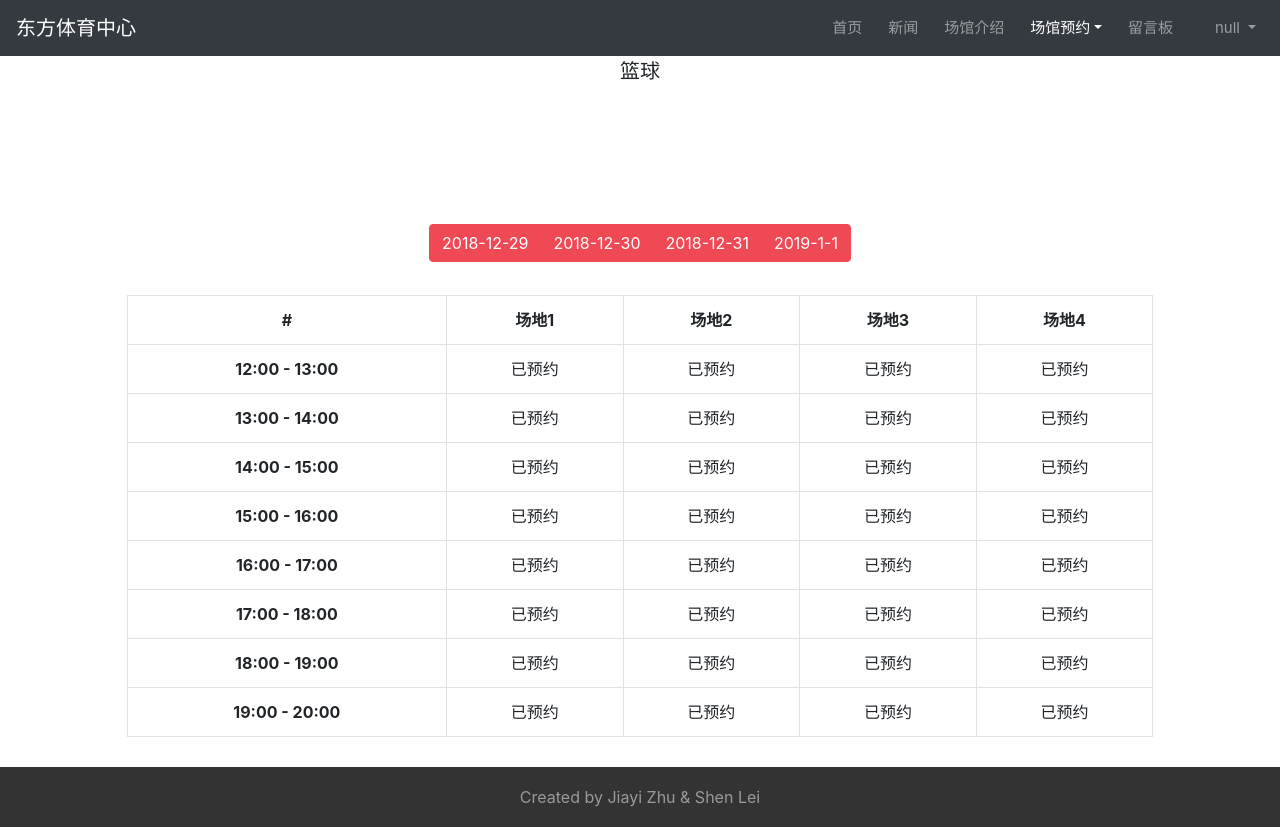
Repository: yueyue200830/Gym-Reservation
Page: http://localhost/reservation/reservation.jsp?rnvid=1
An editor plug-in stored every save of this project. The page is shown before and after the next save, followed by the edit.
The browser window is 1280 px wide. The pictures show the whole page.
Some web fonts or font styles are not loaded; a fallback is used. The page is served by Tomcat 9. Queries for data that is not in the repository find no rows.

Above is the page before, as saved 2018-12-28 06:04:52.

After the next save:
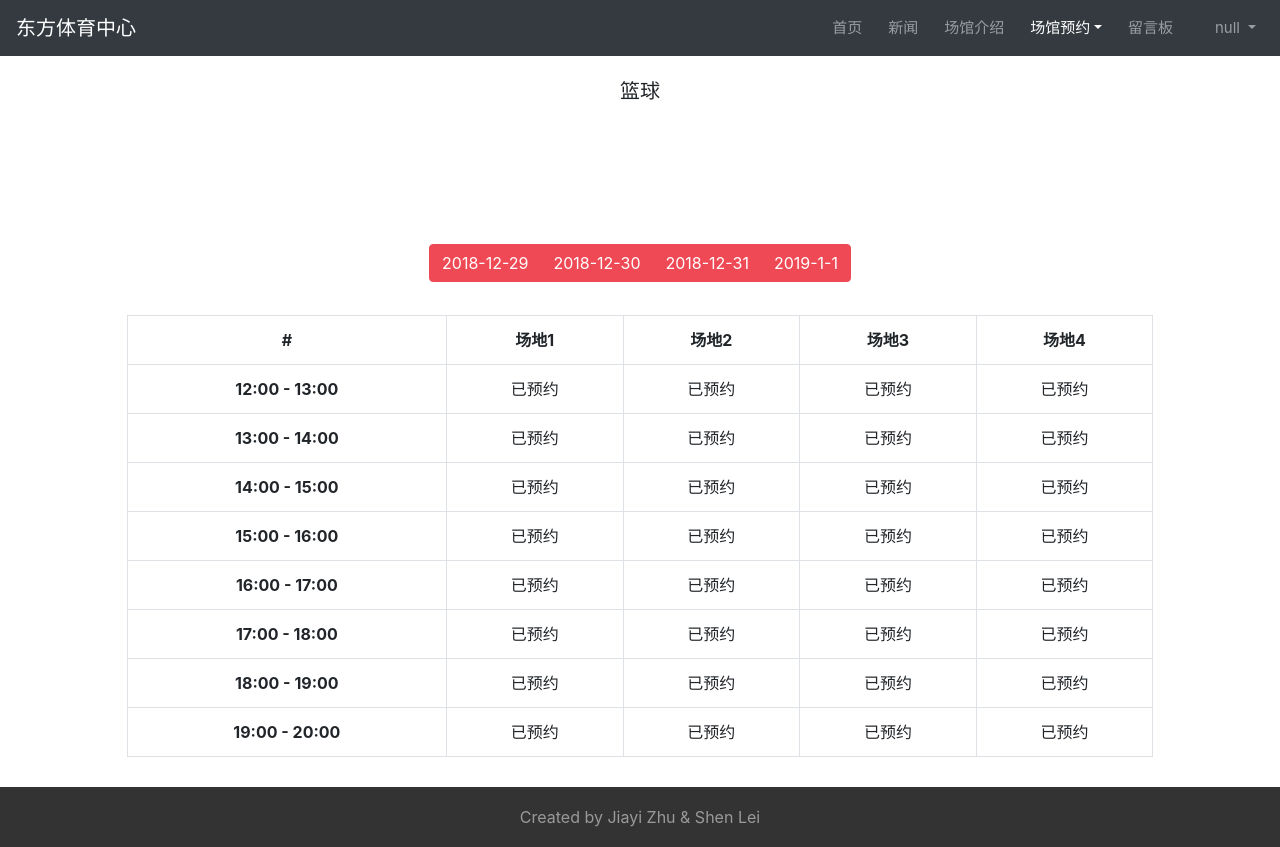
Saved 17 s later.
--- a/reservation/WebContent/reservation.css
+++ b/reservation/WebContent/reservation.css
@@ -16,5 +16,5 @@
 
 .rvn-title {
 	font-size: 20px;
-	margin: 20px;
+	margin-top: 20px !important;
 }
